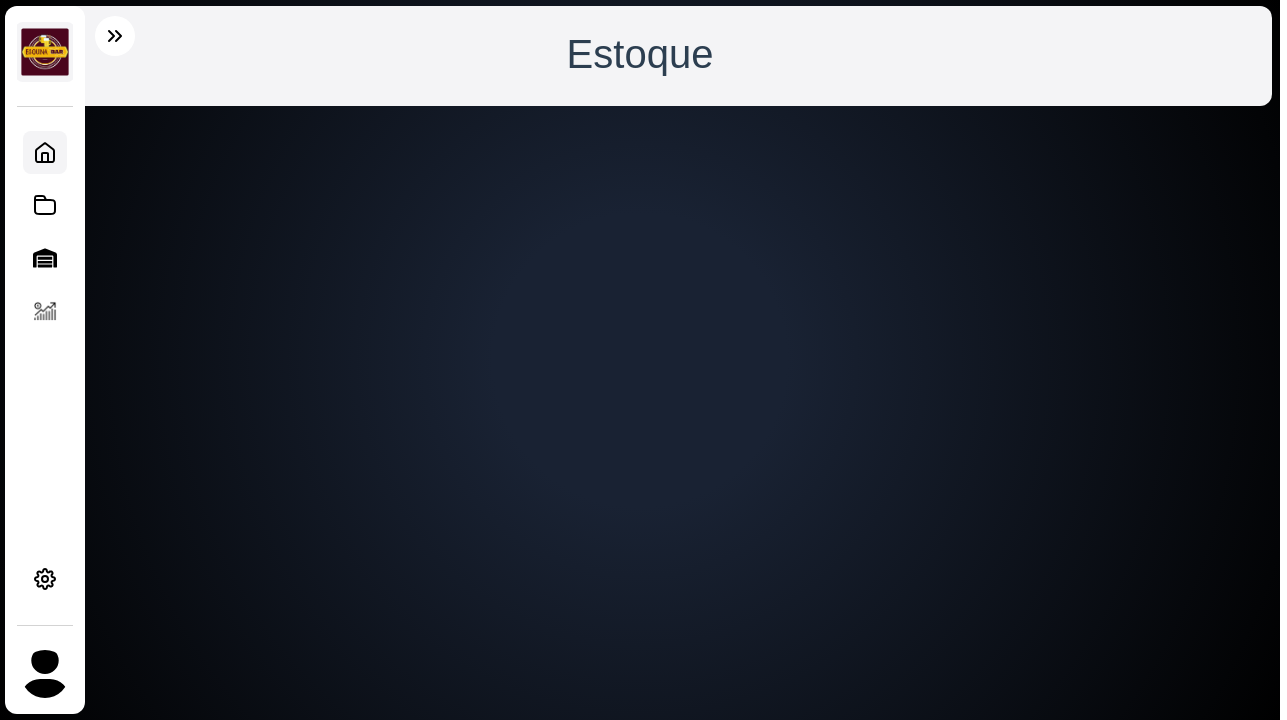
Repository: jazaoo13/Projeto_Oficina_Integracao
Page: / (app in Aplicacao_vue/)
The author's editor kept a copy of each file at every save. The page is drawn from the files as they stood at one save, then again after the next save.
The browser window is 1280 px wide. The page is 1287 px wide, so the pictures cover 1287 px, including what lies to the right of the window. The pictures show the whole page.
The page's requests for data from a server got no answer. The project was rebuilt for these pictures with package versions that can differ from the ones it lists, and the page was loaded fresh each time. No one was signed in, and anything a server would have sent is missing. Also part of the build but not shown: Aplicacao_vue/vue.config.js, Aplicacao_vue/src/View/jazao.vue.

Above is the page before, as saved 2023-11-19 14:20:40.

After the next save:
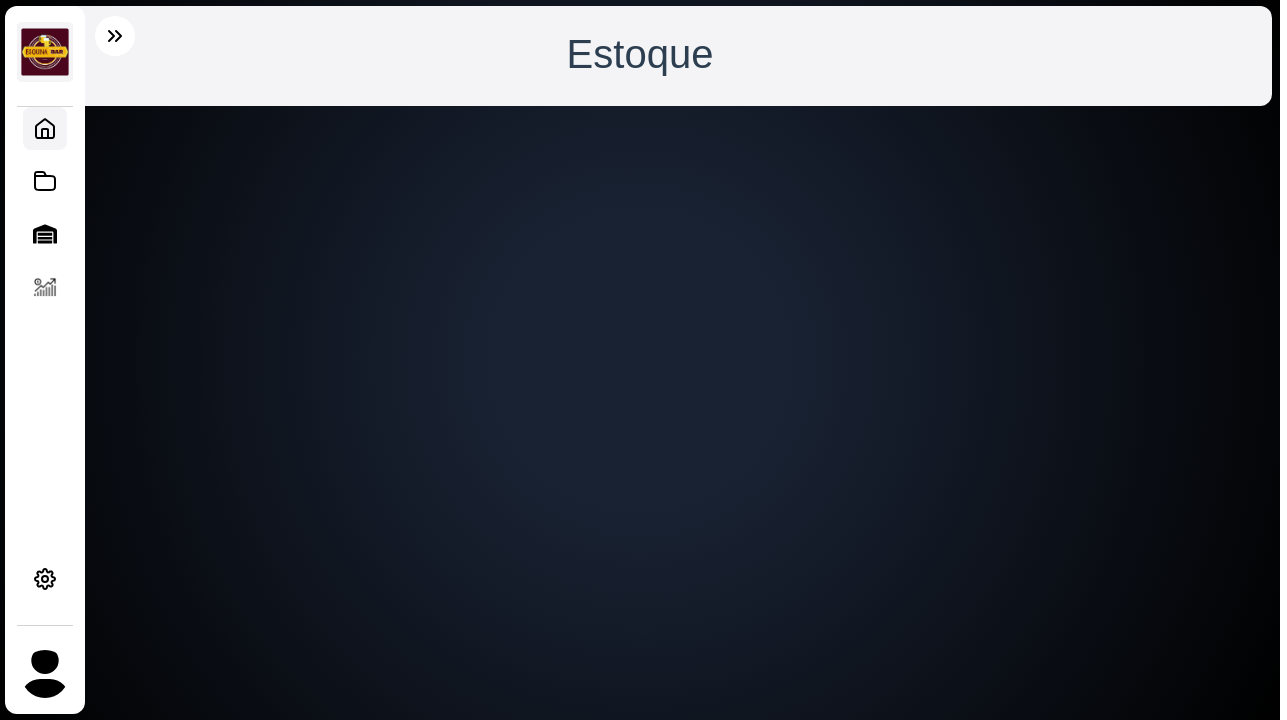
Saved 3 min 8 s later.
--- a/Aplicacao_vue/src/View/Sidebar.vue
+++ b/Aplicacao_vue/src/View/Sidebar.vue
@@ -147,7 +147,7 @@ h2 {
 
     &.isActive {
         justify-content: start;
-        align-items: stretch;
+        //align-items: stretch;
     }
 }
 
@@ -189,7 +189,6 @@ a.logo-wrapper:hover {
     flex-direction: column;
     margin-bottom: auto;
     gap: 0.6rem;
-    padding-top: 1.5rem;
     padding-bottom: 1.5rem;
 }
 
